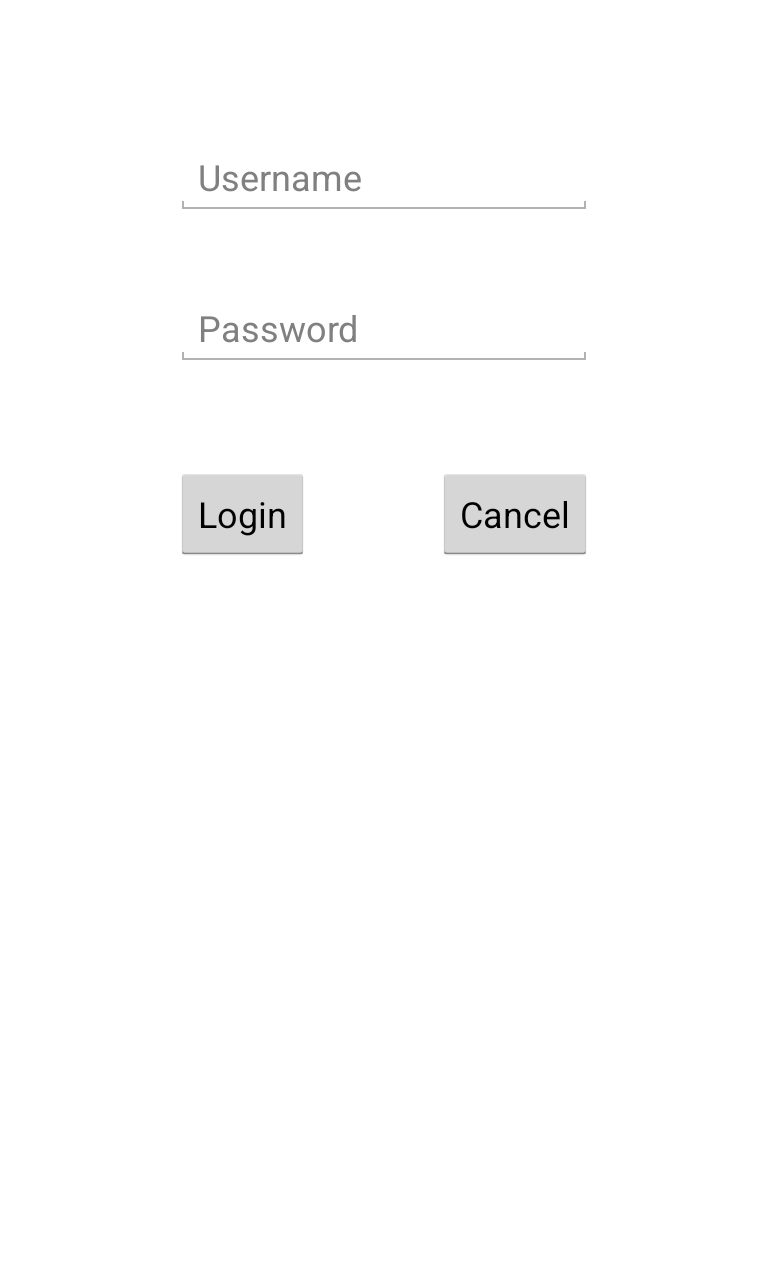
Repository: MadhuHS/JECM3
Layout: MyFirstApp/res/layout/activity_main.xml
An editor plug-in stored every save of this project. The layout is shown before and after the next save, followed by the edit.
It is drawn on a 768 x 1280 px phone screen (xhdpi) without system bars, with theme AppTheme; the app's code is not run.

Above is the layout before, as saved 2015-12-10 03:33:06.

### MyFirstApp/res/layout/activity_main.xml
<RelativeLayout xmlns:android="http://schemas.android.com/apk/res/android"
    xmlns:tools="http://schemas.android.com/tools"
    android:layout_width="match_parent"
    android:layout_height="match_parent"
    android:paddingBottom="@dimen/activity_vertical_margin"
    android:paddingLeft="@dimen/activity_horizontal_margin"
    android:paddingRight="@dimen/activity_horizontal_margin"
    android:paddingTop="@dimen/activity_vertical_margin"
    tools:context=".MainActivity" >

    <EditText
        android:id="@+id/editTextusername"
        android:layout_width="wrap_content"
        android:layout_height="wrap_content"
        android:layout_alignParentTop="true"
        android:layout_centerHorizontal="true"
        android:layout_marginTop="53dp"
        android:ems="10"
        android:hint="Username" />

    <EditText
        android:id="@+id/editTextpassword"
        android:layout_width="wrap_content"
        android:layout_height="wrap_content"
        android:layout_alignLeft="@+id/editTextusername"
        android:layout_below="@+id/editTextusername"
        android:layout_marginTop="36dp"
        android:ems="10"
        android:hint="Password" />

    <Button
        android:id="@+id/buttonlogin"
        android:layout_width="wrap_content"
        android:layout_height="wrap_content"
        android:layout_alignLeft="@+id/editTextpassword"
        android:layout_below="@+id/editTextpassword"
        android:layout_marginTop="49dp"
        android:onClick="testbutton"
        android:text="Login" />

    <Button
        android:id="@+id/buttoncancel"
        android:layout_width="wrap_content"
        android:layout_height="wrap_content"
        android:layout_alignBottom="@+id/buttonlogin"
        android:layout_alignRight="@+id/editTextpassword"
        android:onClick="testcancelbutton"
        android:text="Cancel" />

</RelativeLayout>

Loaded but not shown: MyFirstApp/res/values/styles.xml (common file); MyFirstApp/res/values-v11/styles.xml (common file); MyFirstApp/res/values-v14/styles.xml (common file); MyFirstApp/res/values/dimens.xml (common file)

After the next save:
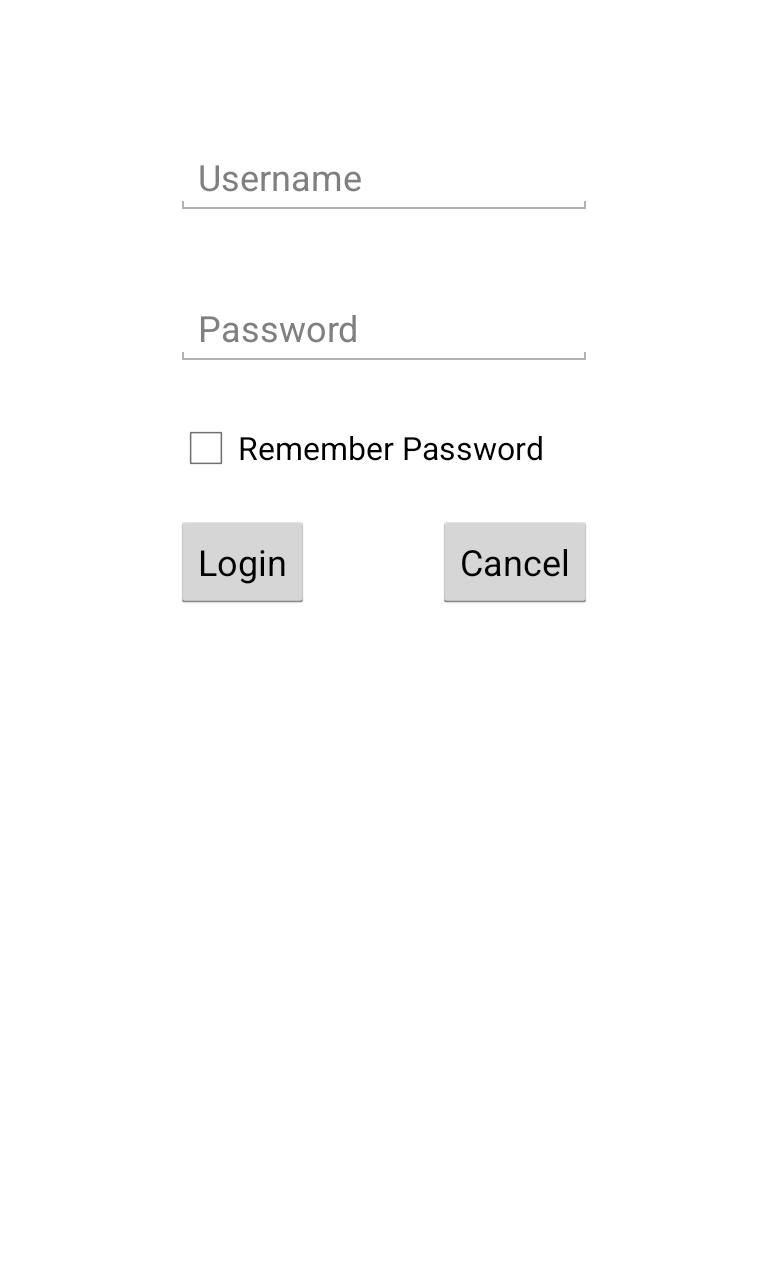
Saved 8 days later.
--- a/MyFirstApp/res/layout/activity_main.xml
+++ b/MyFirstApp/res/layout/activity_main.xml
@@ -29,16 +29,6 @@
         android:hint="Password" />
 
     <Button
-        android:id="@+id/buttonlogin"
-        android:layout_width="wrap_content"
-        android:layout_height="wrap_content"
-        android:layout_alignLeft="@+id/editTextpassword"
-        android:layout_below="@+id/editTextpassword"
-        android:layout_marginTop="49dp"
-        android:onClick="testbutton"
-        android:text="Login" />
-
-    <Button
         android:id="@+id/buttoncancel"
         android:layout_width="wrap_content"
         android:layout_height="wrap_content"
@@ -47,4 +37,23 @@
         android:onClick="testcancelbutton"
         android:text="Cancel" />
 
+    <Button
+        android:id="@+id/buttonlogin"
+        android:layout_width="wrap_content"
+        android:layout_height="wrap_content"
+        android:layout_alignLeft="@+id/checkBox1"
+        android:layout_below="@+id/checkBox1"
+        android:layout_marginTop="17dp"
+        android:onClick="testbutton"
+        android:text="Login" />
+
+    <CheckBox
+        android:id="@+id/checkBox1"
+        android:layout_width="wrap_content"
+        android:layout_height="wrap_content"
+        android:layout_alignLeft="@+id/editTextpassword"
+        android:layout_below="@+id/editTextpassword"
+        android:layout_marginTop="24dp"
+        android:text="Remember Password" />
+
 </RelativeLayout>
